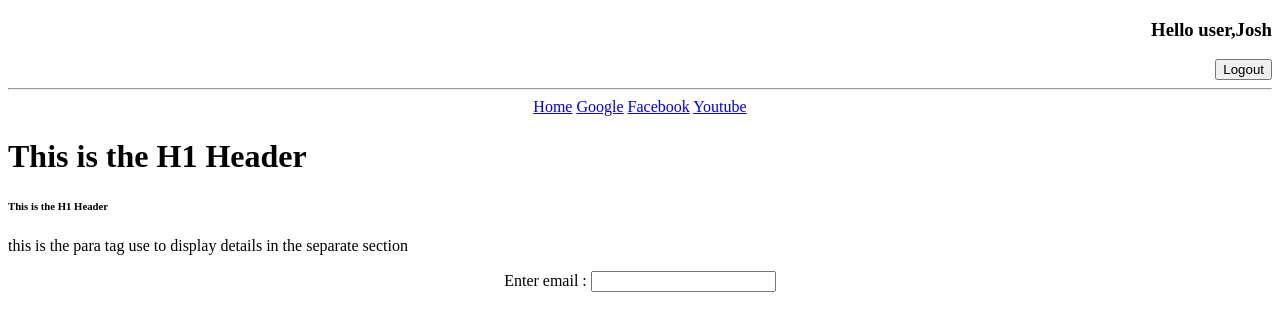
Repository: devandevare/Java
Page: Adv Java/Projects/first-web-app/src/main/webapp/demo.html
The author's editor kept a copy of each file at every save. The page is drawn from the files as they stood at one save, then again after the next save.
The browser window is 1280 px wide. The pictures show the whole page.

Above is the page before, as saved 2022-09-25 05:49:51.

After the next save:
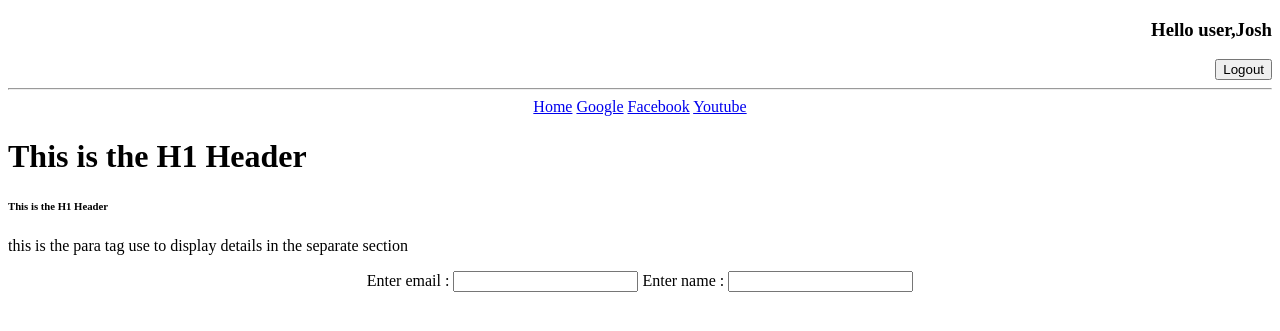
Saved 12 s later.
--- a/Adv Java/Projects/first-web-app/src/main/webapp/demo.html
+++ b/Adv Java/Projects/first-web-app/src/main/webapp/demo.html
@@ -29,7 +29,8 @@
 		<form action="" method="get">
 		<label>Enter email :</label>
 		<input type="email" name="email"> </input>
-
+			<label>Enter name :</label>
+		<input type="email" name="email"> </input>
 		</form>
 		</div>
 
